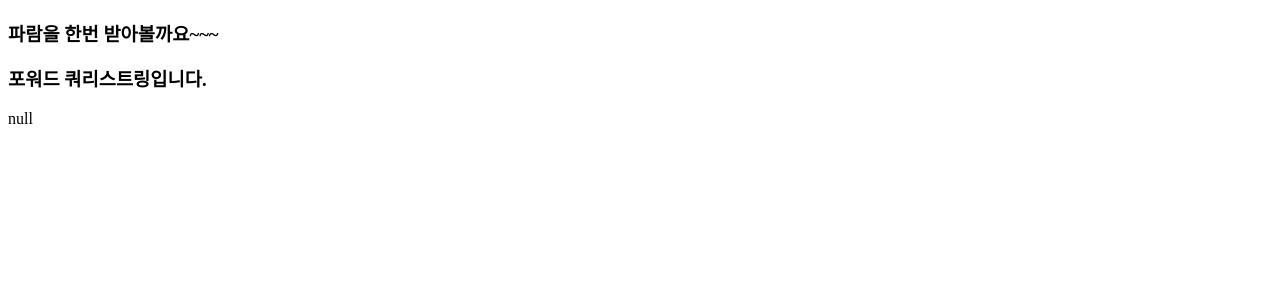
Repository: kimeuiyeob/KOPO_JSP_Study_2
Page: http://localhost/JspStudy/08Action/ParamForward.jsp
An editor plug-in stored every save of this project. The page is shown before and after the next save, followed by the edit.
The browser window is 1280 px wide. The pictures show the whole page.
The page is served by Tomcat 9. Other server files are loaded and not shown.

Above is the page before, as saved 2023-06-21 06:25:45.

### JspStudy/src/main/webapp/08Action/ParamForward.jsp
<%@ page language="java" contentType="text/html; charset=UTF-8"
    pageEncoding="UTF-8"%>
<!DOCTYPE html>
<html>
<head>
<meta charset="UTF-8">
<title>Insert title here</title>
</head>
<body>

<h3>파람을 한번 받아볼까요~~~</h3>
<h3>포워드 쿼리스트링입니다.</h3>
<jsp:useBean id="person" class="common.PersonDTO" scope="request"></jsp:useBean>

<jsp:getProperty property="name" name="person"/>
</body>
</html>

### JspStudy/src/main/java/common/PersonDTO.java
package common;

public class PersonDTO {

	private String name;
	private int age;

	public PersonDTO() {
		;
	}

	public PersonDTO(String name, int age) {
		super();
		this.name = name;
		this.age = age;
	}

	public String getName() {
		return name;
	}

	public void setName(String name) {
		this.name = name;
	}

	public int getAge() {
		return age;
	}

	public void setAge(int age) {
		this.age = age;
	}

}

After the next save:
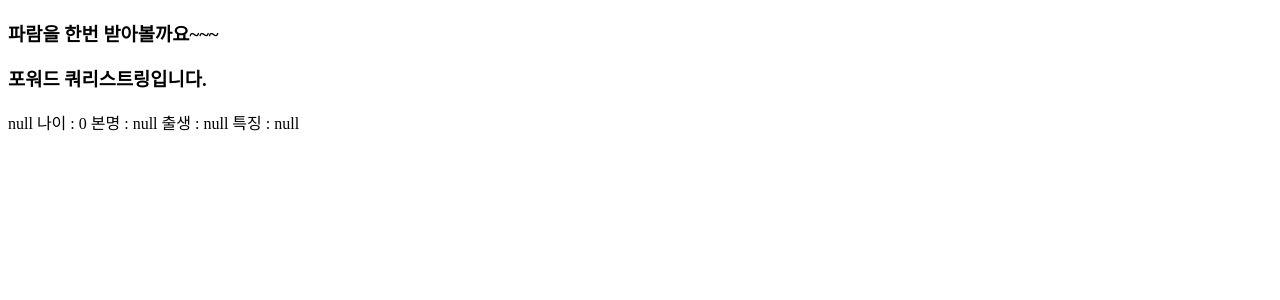
Saved 65 s later.
--- a/JspStudy/src/main/webapp/08Action/ParamForward.jsp
+++ b/JspStudy/src/main/webapp/08Action/ParamForward.jsp
@@ -13,5 +13,10 @@
 <jsp:useBean id="person" class="common.PersonDTO" scope="request"></jsp:useBean>
 
 <jsp:getProperty property="name" name="person"/>
+나이 : <jsp:getProperty property="age" name="person"/>
+
+본명 : <%=request.getParameter("param1") %>
+출생 : <%=request.getParameter("param2") %>
+특징 : <%=request.getParameter("param3") %>
 </body>
 </html>
